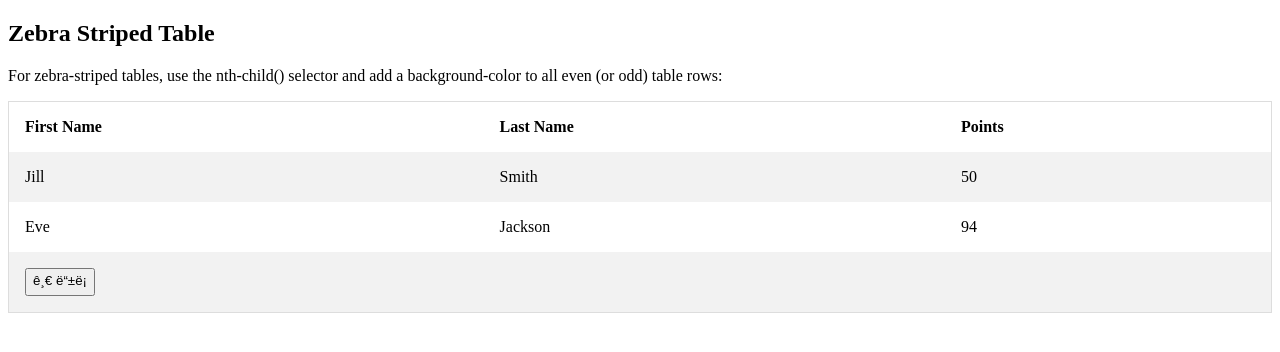
Repository: hyeong-jun-98/SL_front
Page: http://localhost/web0810_1/notice/list.jsp
These files come from the project's save history. The page is drawn as it stood at one moment and after the next save; the edit follows.
The browser window is 1280 px wide. The pictures show the whole page.
The page is served by Tomcat 9. Other server files are loaded and not shown.

Above is the page before, as saved 2022-08-10 05:58:26.

### web0810_1/src/main/webapp/notice/list.jsp
<!DOCTYPE html>
<html>
<head>
<meta name="viewport" content="width=device-width, initial-scale=1">
<style>
table {
  border-collapse: collapse;
  border-spacing: 0;
  width: 100%;
  border: 1px solid #ddd;
}

th, td {
  text-align: left;
  padding: 16px;
}

tr:nth-child(even) {
  background-color: #f2f2f2;
}
</style>
</head>
<body>

<h2>Zebra Striped Table</h2>
<p>For zebra-striped tables, use the nth-child() selector and add a background-color to all even (or odd) table rows:</p>

<table>
  <tr>
    <th>First Name</th>
    <th>Last Name</th>
    <th>Points</th>
  </tr>
  <tr>
    <td>Jill</td>
    <td>Smith</td>
    <td>50</td>
  </tr>
  <tr>
    <td>Eve</td>
    <td>Jackson</td>
    <td>94</td>
  </tr>
  <tr>
    <td colspan = "3">
    	<button>글 등록</button>
    </td>
  </tr>
</table>

</body>
</html>

After the next save:
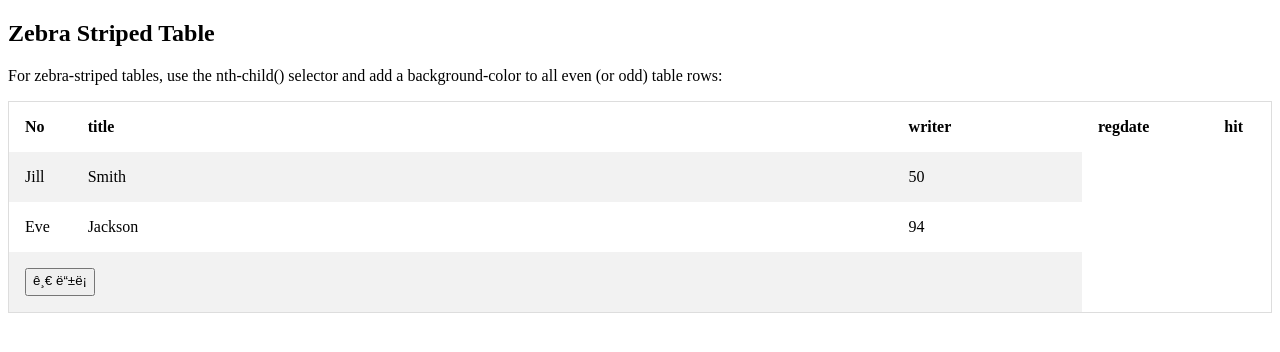
Saved 108 s later.
--- a/web0810_1/src/main/webapp/notice/list.jsp
+++ b/web0810_1/src/main/webapp/notice/list.jsp
@@ -27,9 +27,12 @@ tr:nth-child(even) {
 
 <table>
   <tr>
-    <th>First Name</th>
-    <th>Last Name</th>
-    <th>Points</th>
+    <th width = "5%">No</th>
+    <th width = "65%">title</th>
+    <th width = "15%">writer</th>
+    <th width = "10%">regdate</th>
+    <th width = "5%">hit</th>
+
   </tr>
   <tr>
     <td>Jill</td>
